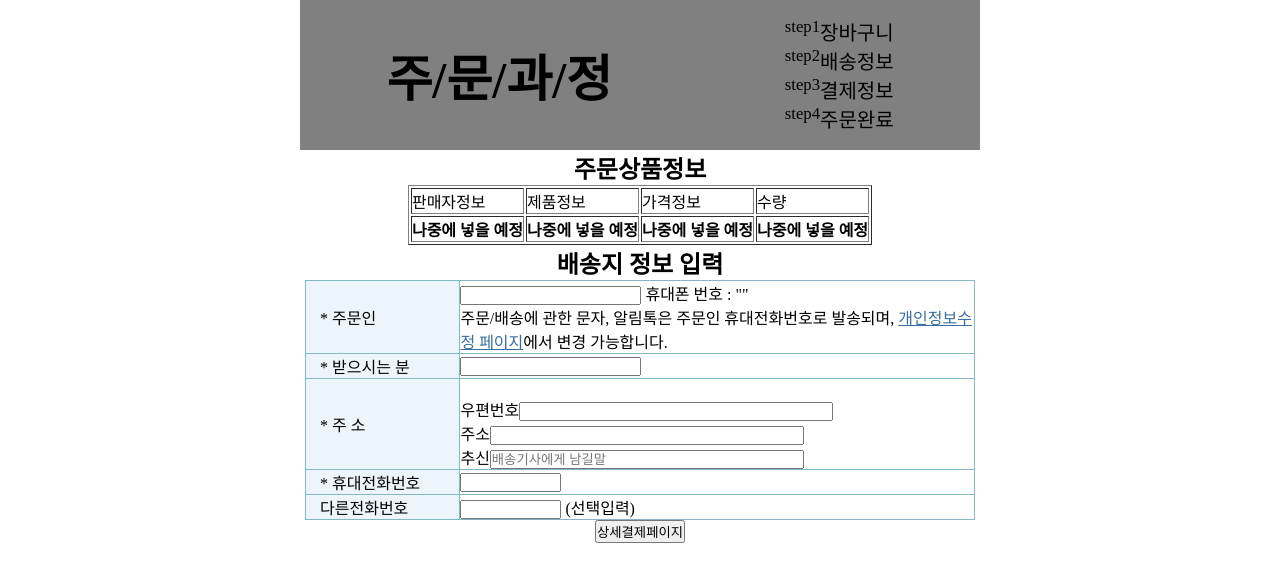
Repository: kym-1000/book
Page: http://localhost/book/WEB-INF/views/cart/ShippingInformation.jsp
An editor plug-in stored every save of this project. The page is shown before and after the next save, followed by the edit.
The browser window is 1280 px wide. The pictures show the whole page.
The page is served by Tomcat 9. Nobody is signed in. The template is opened directly, without the code that normally fills it, so the values that code supplies are empty.

Above is the page before, as saved 2023-01-03 08:56:34.

After the next save:
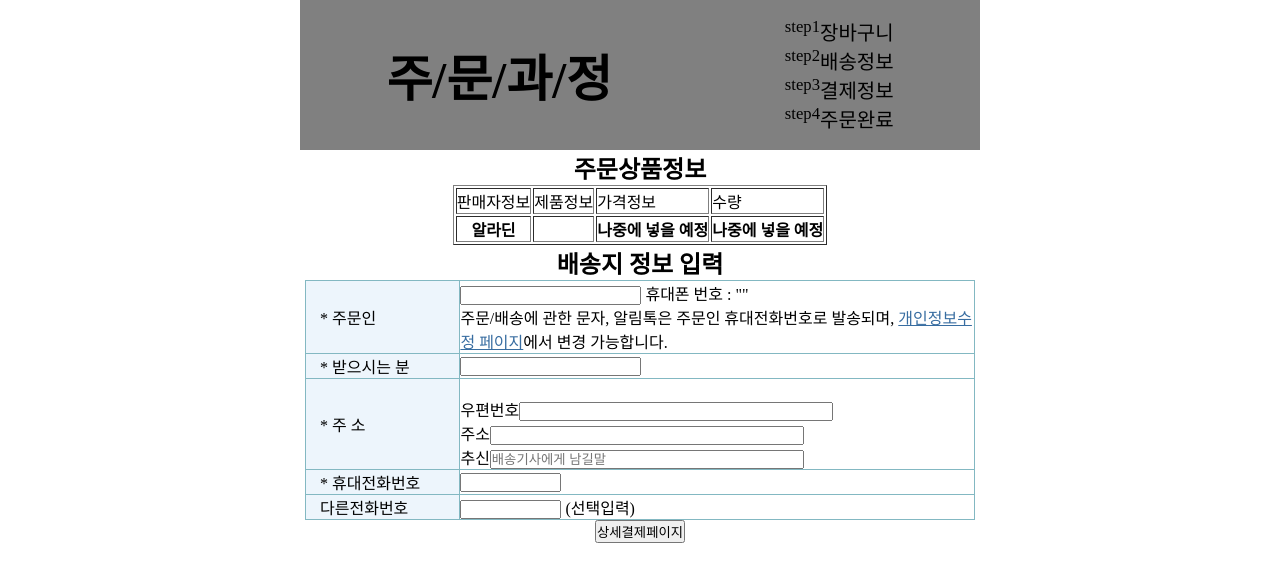
Saved 15 h 53 min later.
--- a/book/book/src/main/webapp/WEB-INF/views/cart/ShippingInformation.jsp
+++ b/book/book/src/main/webapp/WEB-INF/views/cart/ShippingInformation.jsp
@@ -66,8 +66,8 @@
 				<td>수량</td>
 			</tr>
 			<tr>
-				<th>나중에 넣을 예정</td>
-				<th>나중에 넣을 예정</td>
+				<th>알라딘</td>
+				<th></td>
 				<th>나중에 넣을 예정</td>
 				<th>나중에 넣을 예정</td>
 			</tr>
